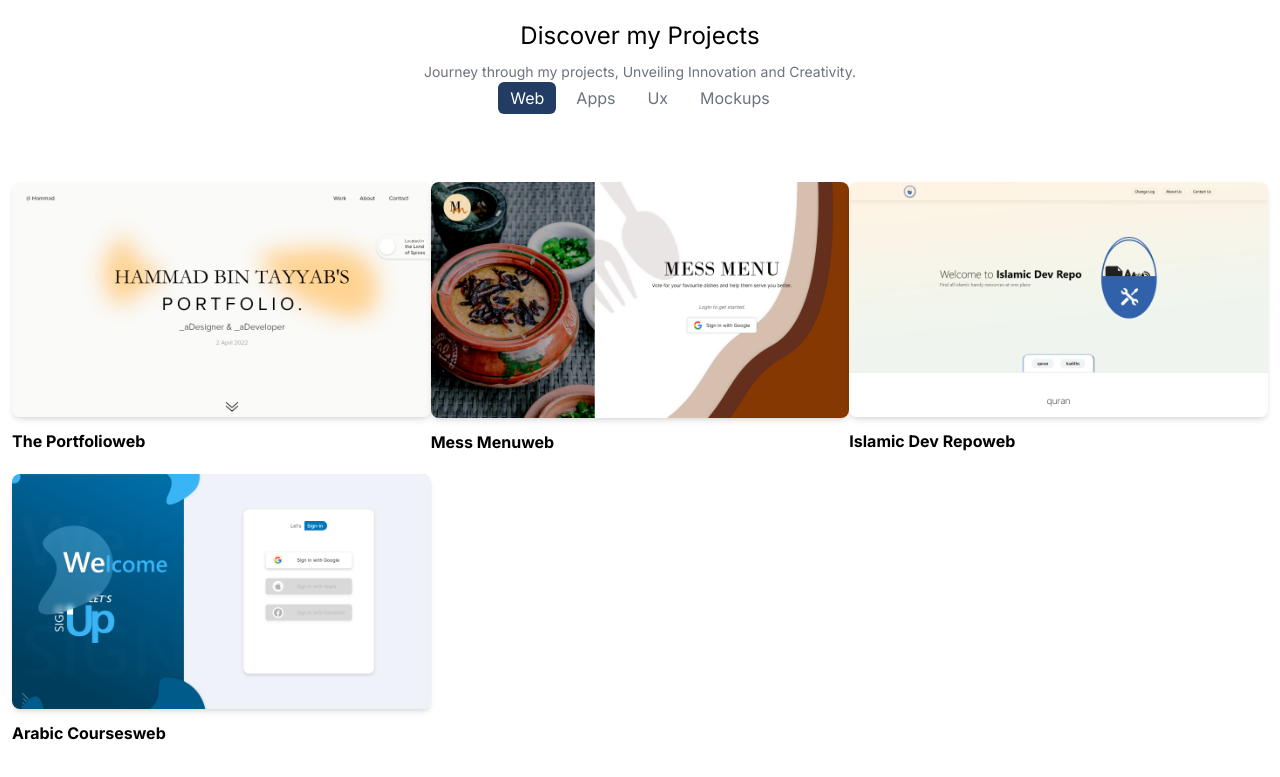
Repository: SpicierEwe/my_portfolio_v2
Page: /
The author's editor kept a copy of each file at every save. The page is drawn from the files as they stood at one save, then again after a run of saves.
The browser window is 1280 px wide. The pictures show the whole page.
The project was rebuilt for these pictures with package versions that can differ from the ones it lists, and the page was loaded fresh each time. The framework's server and built-in components were replaced by stand-ins that run in the browser. Also part of the build but not shown: next.config.js, core/utils/customIcons.js, core/utils/utils.tsx, core/db/sub_db_data/ux_db.js.

Above is the page before, as saved 2024-04-22 11:07:07.

After the next 2 saves:
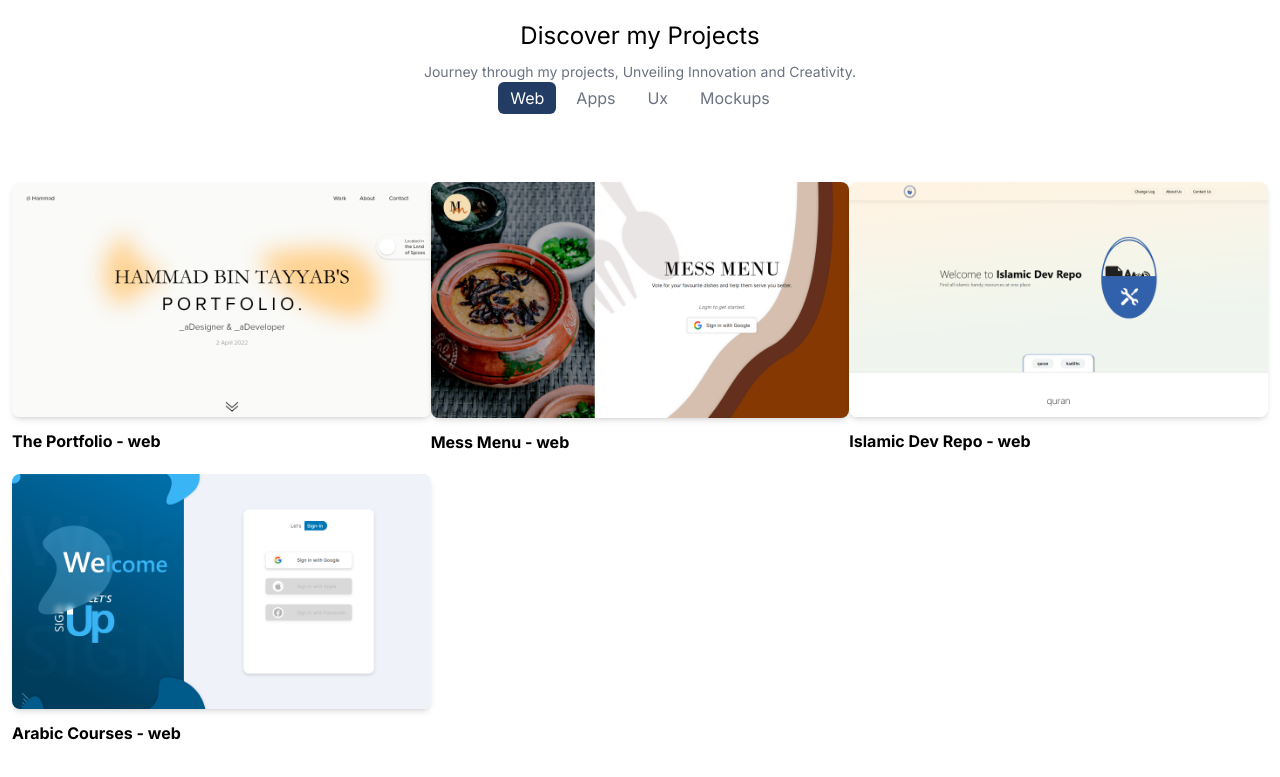
The 2 saves are shown as one change because they came seconds apart.
The last was saved 21 s later.
--- a/Components/Work_section/work_section.tsx
+++ b/Components/Work_section/work_section.tsx
@@ -66,8 +66,7 @@ export default function WorkSection() {
                     ></Image>
                   }
                   <p className="mt-3 ml-1 mb-5 font-bold">
-                    {projectName}
-                    {selectedNavItemName}
+                    {projectName} - {selectedNavItemName}
                   </p>
                 </div>
               );
